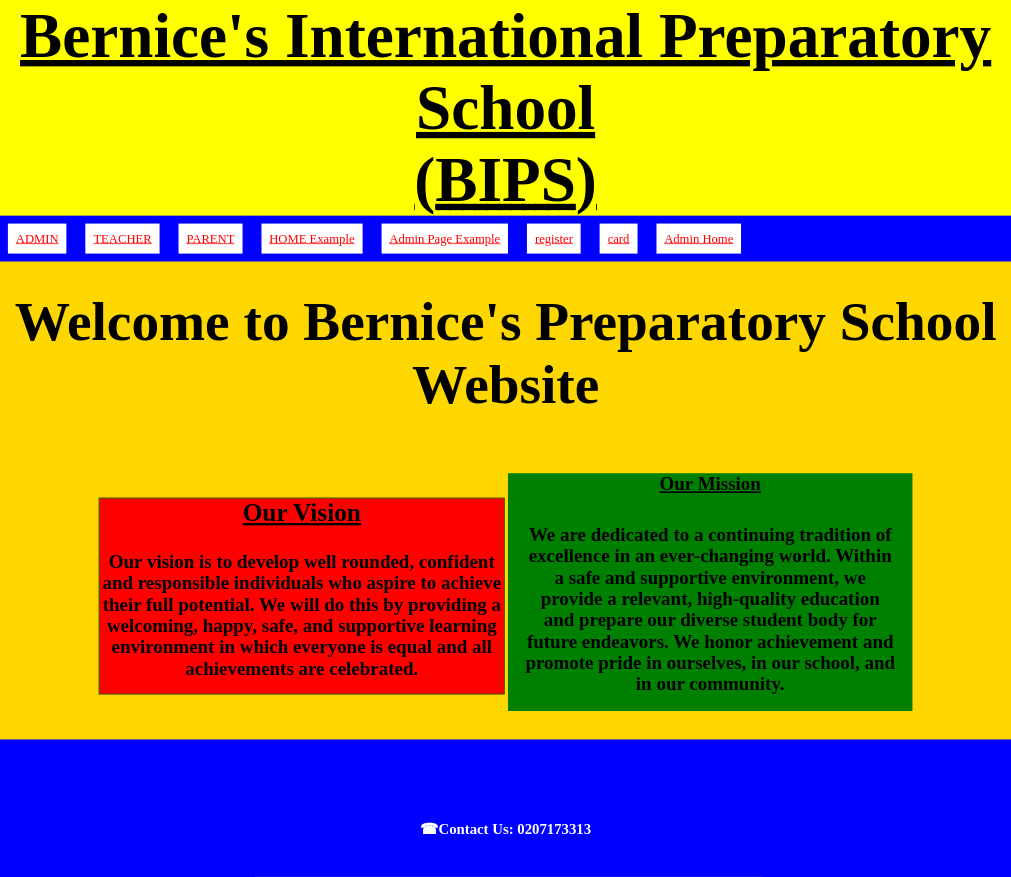
Repository: joseackah/eclipse-workspace
Page: http://localhost/com.school.mgt.system.Front.End/WEB-INF/views/index.jsp
These files come from the project's save history. The page is drawn as it stood at one moment and after the next save; the edit follows.
The browser window is 1280 px wide. The pictures show the whole page, at 79% of full size.
The page is served by Tomcat 9. Nobody is signed in. The template is opened directly, without the code that normally fills it, so the values that code supplies are empty.

Above is the page before, as saved 2021-08-16 12:18:43.

After the next save:
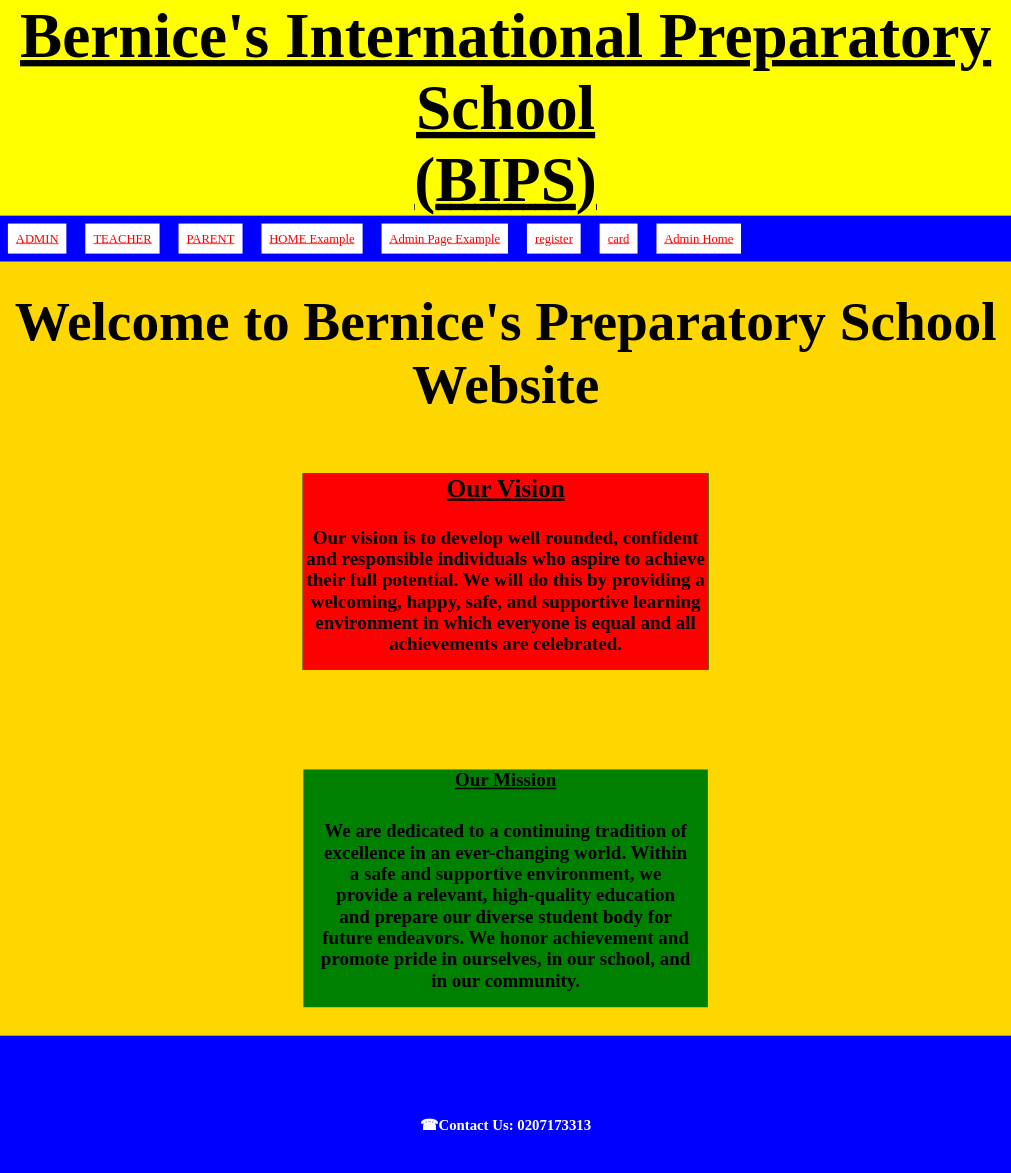
Saved 78 s later.
--- a/com.school.mgt.system.Front.End/src/main/webapp/WEB-INF/views/index.jsp
+++ b/com.school.mgt.system.Front.End/src/main/webapp/WEB-INF/views/index.jsp
@@ -90,7 +90,7 @@ align-content: center;
   <div class="card-header" style="display:center;"> <h1 style="text-align:center;"> <ins> Our Vision</ins></h1>
   <div class="card-body"><p  style="padding: 5px; margin: 10px;"><h2> Our vision is to develop well rounded, confident and responsible individuals who aspire to achieve their full potential. We will do this by providing a welcoming, happy, safe, and supportive learning environment in which everyone is equal and all achievements are celebrated. </h2></p></div>  <br/>
 </div>
-</div>
+</div><br /> <br /><br /> <br /><br /> <br /><br /> <br />
 <div class="card" style="display:inline-block; width:40%; background-color:green;  height: 50%;" >
 <div >
 
